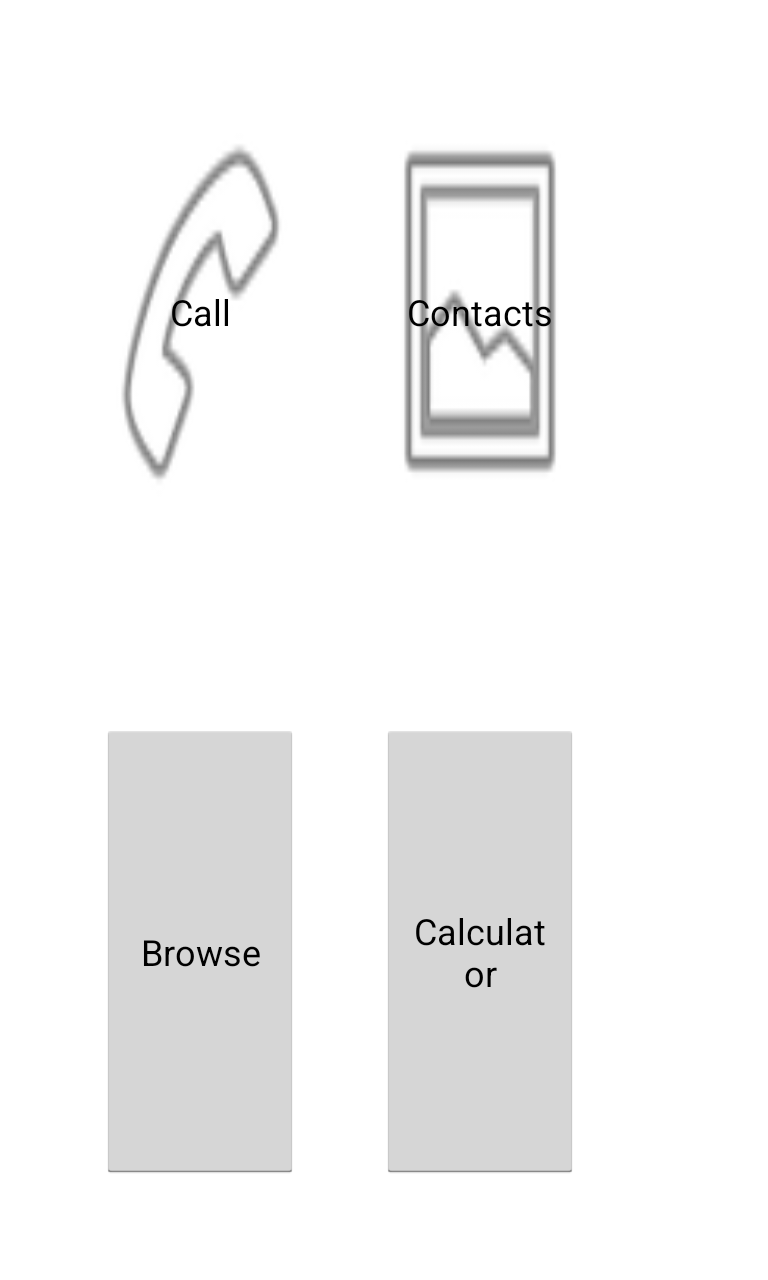
Repository: AnithaGorli/Android
Layout: ImplicitIntentApplication/res/layout/implicitintent.xml
The author's editor kept a copy of each file at every save. The layout is drawn from the files as they stood at one save, then again after the next save.
It is drawn on a 768 x 1280 px phone screen (xhdpi) without system bars, with theme AppTheme; the app's code is not run.

Above is the layout before, as saved 2014-09-10 10:38:01.

### ImplicitIntentApplication/res/layout/implicitintent.xml
<?xml version="1.0" encoding="utf-8"?>
<LinearLayout xmlns:android="http://schemas.android.com/apk/res/android"
    android:layout_width="match_parent"
    android:layout_height="match_parent"
    android:orientation="vertical"
    android:weightSum="2">


    <LinearLayout
        android:id="@+id/l1"
         android:layout_width="match_parent"
    android:layout_height="wrap_content"
    android:orientation="horizontal"
    android:layout_weight="1"
    android:layout_margin="30dp"
     >
    <Button
         android:id="@+id/call_btn"
          android:layout_width="100dp"
        android:layout_height="match_parent"
        android:text="@string/call"
        android:layout_margin="20dp"
        android:background="@android:drawable/ic_menu_call"/>



    <Button
         android:id="@+id/contacts_btn"
         android:layout_width="100dp"
        android:layout_height="match_parent"
        android:text="@string/contacts"
        android:layout_margin="20dp"
        android:background="@android:drawable/ic_menu_gallery"/>


     </LinearLayout>


    <LinearLayout
        android:id="@+id/l2"
         android:layout_width="match_parent"
    android:layout_height="wrap_content"
    android:orientation="horizontal"
    android:layout_weight="1"
    android:layout_margin="30dp" >

    <Button
         android:id="@+id/browse_btn"
         android:layout_width="100dp"
        android:layout_height="match_parent"
        android:text="@string/browse"
        android:layout_margin="20dp"

        />
    <Button
         android:id="@+id/calculator_btn"
          android:layout_width="100dp"
        android:layout_height="match_parent"
        android:text="@string/cal"
        android:layout_margin="20dp"/>

    </LinearLayout>
</LinearLayout>

### ImplicitIntentApplication/res/values/strings.xml
<resources>

    <string name="app_name">ImplicitIntentApplication</string>
     <string name="call">Call</string>
       <string name="email">Email</string>
       <string name="cal">Calculator</string>
    <string name="contacts">Contacts</string>
    <string name="browse">Browse</string>
<string name="choose">there is no contacts</string>
</resources>

Loaded but not shown: ImplicitIntentApplication/res/values/styles.xml (common file); ImplicitIntentApplication/res/values-v11/styles.xml (common file); ImplicitIntentApplication/res/values-v14/styles.xml (common file)

After the next save:
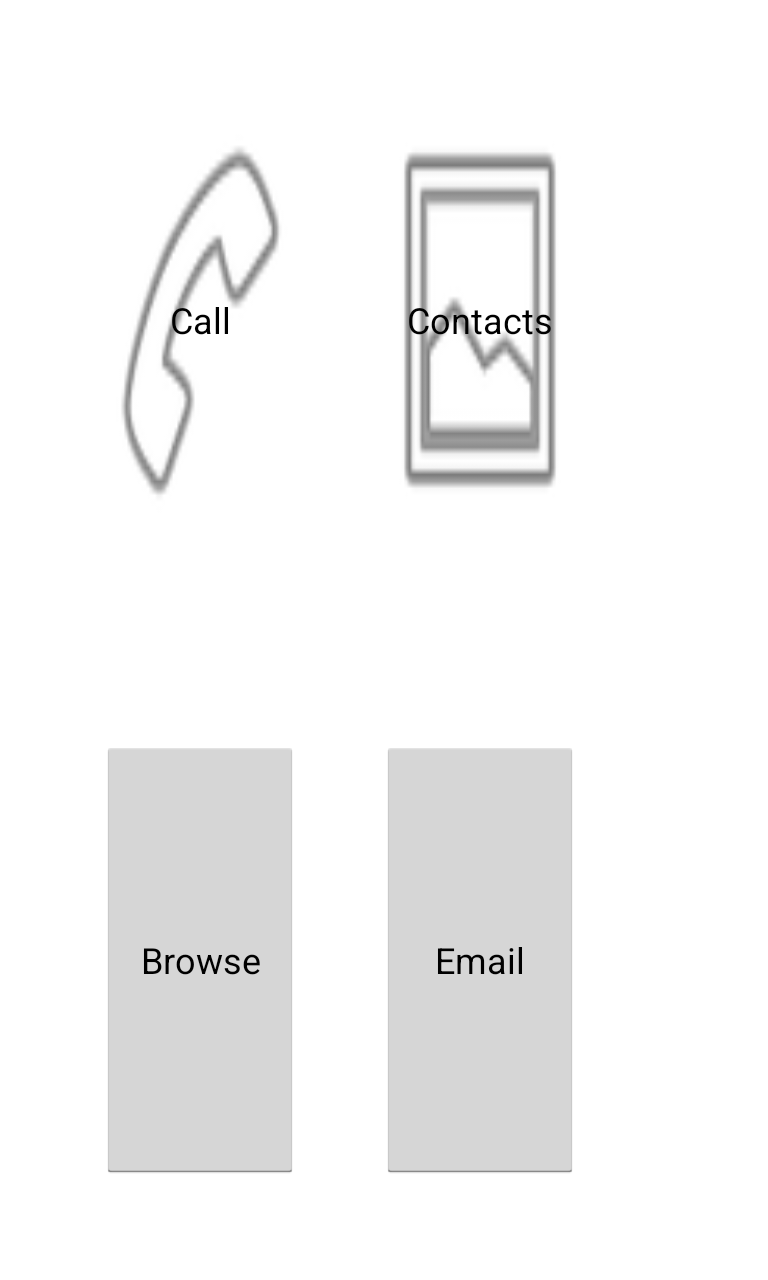
Saved 2 min 15 s later.
--- a/ImplicitIntentApplication/res/layout/implicitintent.xml
+++ b/ImplicitIntentApplication/res/layout/implicitintent.xml
@@ -53,10 +53,10 @@
 
         />
     <Button
-         android:id="@+id/calculator_btn"
+         android:id="@+id/email_btn"
           android:layout_width="100dp"
         android:layout_height="match_parent"
-        android:text="@string/cal"
+        android:text="@string/email"
         android:layout_margin="20dp"/>
 
     </LinearLayout>
